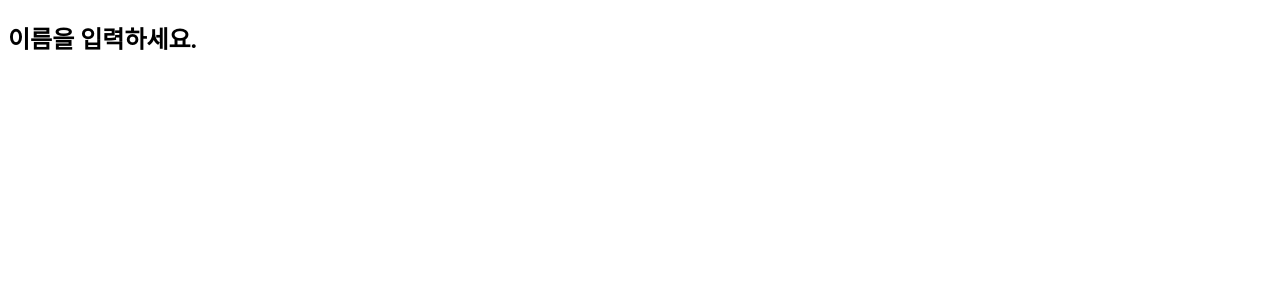
Repository: gugucon-hwan/ForStudyJSP
Page: http://localhost/StudyBasicJSP/ch10/beanTestForm.jsp
These files come from the project's save history. The page is drawn as it stood at one moment and after the next save; the edit follows.
The browser window is 1280 px wide. The pictures show the whole page.
The page is served by Tomcat 9. Other server files are loaded and not shown.

Above is the page before, as saved 2020-08-19 01:29:03.

### StudyBasicJSP/WebContent/ch10/beanTestForm.jsp
<%@ page language="java" contentType="text/html; charset=UTF-8"
    pageEncoding="UTF-8"%>
<!DOCTYPE html>
<html>
<head>
<meta charset="UTF-8">
<title>Insert title here</title>
</head>
<body>
	<h2>이름을 입력하세요.</h2>

	<form method="post" action="beanTestPro.jsp">

	</form>
</body>
</html>

After the next save:
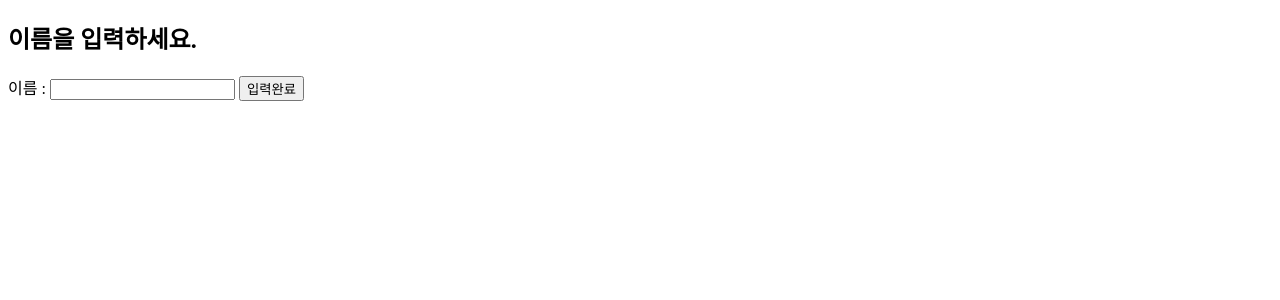
Saved 31 s later.
--- a/StudyBasicJSP/WebContent/ch10/beanTestForm.jsp
+++ b/StudyBasicJSP/WebContent/ch10/beanTestForm.jsp
@@ -10,7 +10,8 @@
 	<h2>이름을 입력하세요.</h2>
 
 	<form method="post" action="beanTestPro.jsp">
-
+		이름 : <input type="text" name="name">
+			<input type="submit" value="입력완료">
 	</form>
 </body>
 </html>
